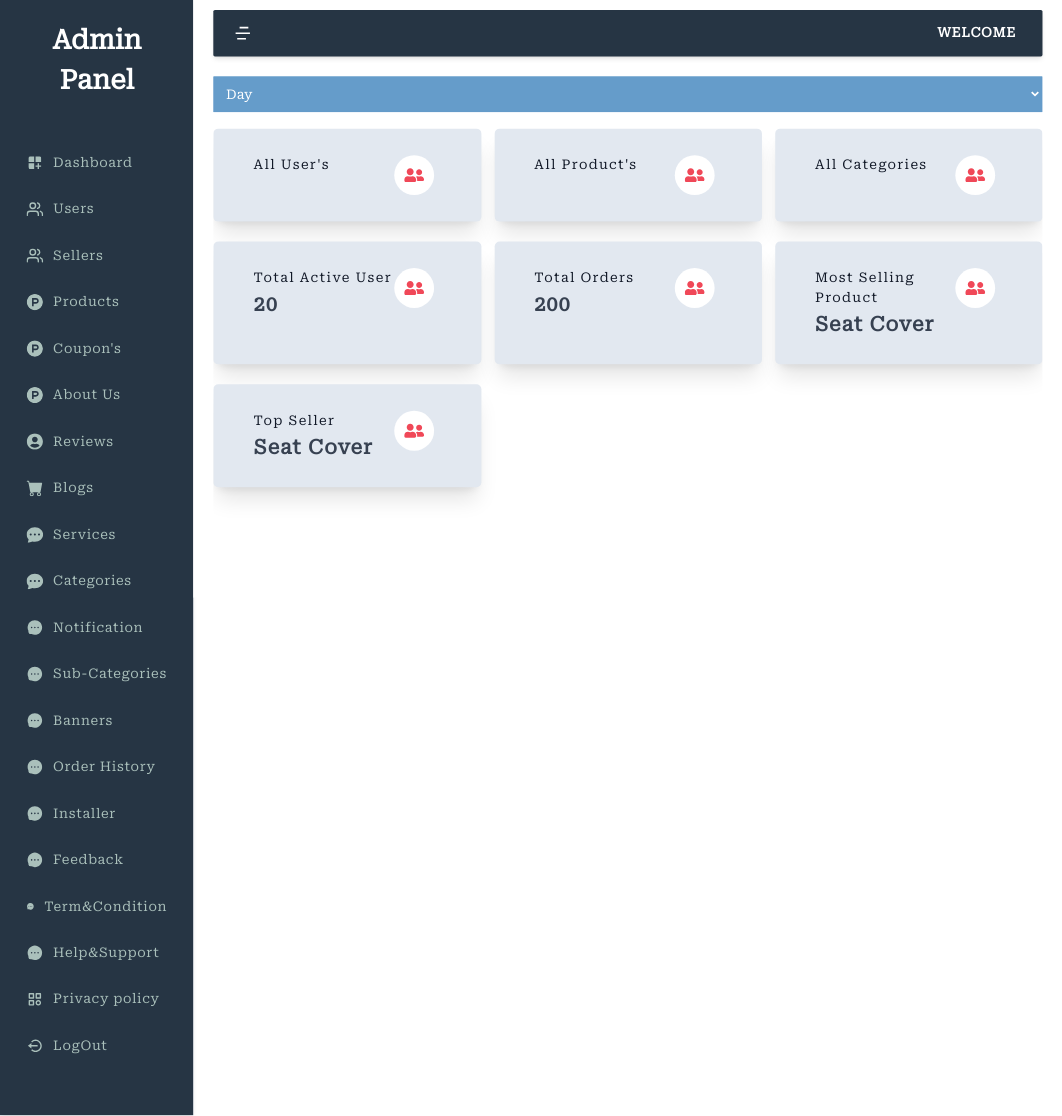
Repository: FlyweisReact/Arun-Chauhan
Page: /dashboard
These files come from the project's save history. The page is drawn as it stood at one moment and after the next save; the edit follows.
The browser window is 1280 px wide. The pictures show the whole page, at 83% of full size.
The page's requests for data from a server got no answer. Some web libraries are served in a nearby version. The project was rebuilt for these pictures with package versions that can differ from the ones it lists, and the page was loaded fresh each time. No one was signed in, and anything a server would have sent is missing. Also part of the build but not shown: src/AdminPanel/pages/Privacy.js, src/AdminPanel/pages/Category.js, src/AdminPanel/pages/FeedBack.js, src/AdminPanel/pages/TermsCon.js, src/AdminPanel/pages/HelpSupport.js, src/AdminPanel/pages/OrderHistory.js, src/AdminPanel/pages/Installar.js, src/AdminPanel/pages/Sellers.js and 23 more.

Above is the page before, as saved 2023-03-22 16:36:16.

### public/index.html
<!-- @format -->

<!DOCTYPE html>
<html lang="en">
  <head>
    <meta charset="utf-8" />
    <!-- <link rel="icon" href="%PUBLIC_URL%/favicon.png" /> -->
    <meta name="viewport" content="width=device-width, initial-scale=1" />
    <meta name="theme-color" content="#000000" />
    <meta
      name="description"
      content="Web site created using create-react-app"
    />
    <link rel="apple-touch-icon" href="%PUBLIC_URL%/favicon.ico?v=2" />



    <link rel="manifest" href="%PUBLIC_URL%/manifest.json" />
    <link rel="preconnect" href="https://fonts.googleapis.com">
    <link rel="preconnect" href="https://fonts.gstatic.com" crossorigin>
    <link href="https://fonts.googleapis.com/css2?family=Roboto+Serif&display=swap" rel="stylesheet">
    <title>Arun   Panel</title>
  </head>
  <body>
    <noscript>You need to enable JavaScript to run this app.</noscript>
    <div id="root"></div>
    <script src="https://code.jquery.com/jquery-3.6.0.min.js"></script>
    <script src="https://kit.fontawesome.com/b533b351e4.js" crossorigin="anonymous"></script>
  </body>
</html>

### src/index.js
import React from "react";
import ReactDOM from "react-dom/client";
import "./index.css";
import App from "./App";
import { BrowserRouter } from "react-router-dom";
import 'bootstrap/dist/css/bootstrap.min.css'

const root = ReactDOM.createRoot(document.getElementById("root"));
root.render(
  <React.StrictMode>
    <BrowserRouter>
      <App />
    </BrowserRouter>
  </React.StrictMode>
);

### src/index.css
/** @format */

@tailwind base;
@tailwind components;
@tailwind utilities;




body {
  margin: 0;
  font-family: 'Roboto Serif', serif  !important;
  -webkit-font-smoothing: antialiased;
  -moz-osx-font-smoothing: grayscale;
}

/* Wcomponents */
.wcomp::-webkit-scrollbar {
  width: 0px;
}
::-webkit-scrollbar {
  width: 0px;
}
::-webkit-scrollbar-track {
  background: #696f78;
}
/* Handle */
::-webkit-scrollbar-thumb {
  background: #b4b8bf;
}

.main-card--container {
  display: grid;
  grid-template-columns: repeat(3, minmax(300px, 500px));
  grid-gap: 50px;
  justify-content: space-around;
}
.card-container {
  margin: 25px 0 auto;
  position: relative;
  display: grid;
  grid-template-columns: 1fr;
  justify-content: space-around;
  align-items: flex-start;
}

.img-thumbnail {
  width: 80px;
}
.img-large {
  max-width: 80%;
}

.formInput {
  padding: 5px;
}

.BannerImg{
  display: grid;
  grid-template-columns: auto auto auto;
  margin: 20px;
  justify-content: space-evenly;
  text-align: center;
}
.BannerImg div{
  box-shadow: rgba(0, 0, 0, 0.35) 0px 5px 15px;
  padding: 10px;

}
.BannerImg img{
  width: 400px;
  height: 200px;
}


li{
  list-style: disc;
}
.carouselImages{
  width: 200px !important;
  height: 140px;
}
.Car{
  width: 200px !important;
}

.three-Sec{
  display: grid;
  justify-content: space-evenly;
  grid-template-columns: auto auto auto;
  text-align: center;
  color: black;

}
.three-Sec div{
  box-shadow: rgba(0, 0, 0, 0.35) 0px 5px 15px;
  margin-top: 40px;
  padding : 10px;
  width: 400px;
}
.three-Sec img{
  width: 100%;
  height: 300px;
}
.three-Sec p{
  font-size: 20px;
  font-weight: bold;
  margin: 0;
}
.three-Sec button{
  border: 1px solid #B80000;
  background-color: #ffff;
  color: #B80000;
  width: 100%;
  padding: 3px;
  margin-top: 10px;
  font-size: 20px;
  transition: 0.5s;
}

.three-Sec button:hover{
  background-color: #B80000;
  color: #ffff;
}
.bigCont{
  display: flex;
  gap: 10px;
}
.contP{
  border: 1px solid #2F308D;
  width: 48%;
  padding: 10px;
  color: #2F308D;
  transition: 0.5s;
  cursor: pointer;
}
.contP:hover {
  background-color: #2F308D;
  color: #fff;
}


.viewBtn{
  color: #014F75;
  border: 1px solid #014F75;
  outline: none;
  width: 50%;
  padding: 5px;
  font-size: 18px;
  transition: 0.5s;
}

.viewBtn:hover{

  background-color: #014F75;
  color: #fff;
}


.filterDate{
  color: black;
  display: flex;
  gap: 20px;
  margin-top: 20px;
  margin-bottom: 20px;
}

.filterDate input {
  border: 1px solid black;
  outline: none;
  padding: 5px;
}
.filterDate div{
  display: flex;
  gap: 10px;
  align-items:center ;
}
.filterDate div p{
  padding-top: 10px;
}

.filterDate button{
  color: #014F75;
  border: 1px solid #014F75;
  outline: none;
  width: 200px;
  font-size: 18px;
  transition: 0.5s;
}

.filterDate button:hover{
  background-color: #014F75;
  color: #fff;
}
.active{
  display: flex;
  gap: 20px;
margin-bottom: 20px;
}
.active button{
  border: 1px solid #659CCA;
  color: #659CCA;
  padding: 5px;
  width: 200px;
  transition: 0.5s;
  font-size: 20px;
}
.active button:hover{
  background-color: #659CCA;
  color: #fff;
}

.drop select{
  width: 100%;
  color:#fff;
  margin-bottom: 20px;
  border: 1px solid #659CCA;
  padding: 10px;
  outline: none;
  background-color: #659CCA;
}
.drop select option{
  background-color: #8FD1DF;
  border: 1px solid #8FD1DF;
}

.drop select option:hover{
  background-color: #8FD1DF  !important;
}

### src/App.js
/** @format */

import { Routes, Route } from "react-router-dom";
import { ToastContainer } from "react-toastify";
import "react-toastify/dist/ReactToastify.css";
import Privacy from "./AdminPanel/pages/Privacy";
import Offers from "./AdminPanel/pages/Category";
import FeedBack from "./AdminPanel/pages/FeedBack";
import TermsCon from "./AdminPanel/pages/TermsCon";
import HelpSupport from "./AdminPanel/pages/HelpSupport";
import OrderHistory from "./AdminPanel/pages/OrderHistory";
import Installar from "./AdminPanel/pages/Installar";
import Sellers from "./AdminPanel/pages/Sellers";
import Dashboard from "./AdminPanel/pages/Dashboard";
import Users from "./AdminPanel/pages/Users";
import Reviews from "./AdminPanel/pages/Reviews";
import Coupon from "./AdminPanel/pages/Coupon";
import Product from "./AdminPanel/pages/Product";
import About from "./AdminPanel/pages/About";
import Blogs from "./AdminPanel/pages/Blogs";
import Service from "./AdminPanel/pages/Service";
import Notification from "./AdminPanel/pages/Notification";
import SubCategory from "./AdminPanel/pages/SubCategory";
import Banner from "./AdminPanel/pages/Banner";
import Login from "./AdminPanel/Login";
import Transaction from "./AdminPanel/pages/Transaction";
import InstallerTransactions from "./AdminPanel/pages/InstallerTransactions";
import Vendorlogin from "./VendorPanel/Vendorlogin";
import VendorDashboard from "./VendorPanel/pages/VendorDashboard";
import VendorProducts from "./VendorPanel/pages/VendorProducts";
import VendorService from "./VendorPanel/pages/VendorService";
import VendorCategory from "./VendorPanel/pages/VendorCategory";
import VendorSubCategory from "./VendorPanel/pages/VendorSubCategory";
import VendorOrderHistory from "./VendorPanel/pages/VendorOrderHistory";

function App() {
  return (
    <>
      <ToastContainer />

      <Routes>
        {/* Admin Panel */}
        <Route path="/" element={<Login />} />
        <Route path="/dashboard" element={<Dashboard />} />
        <Route path="/users" element={<Users />} />
        <Route path="/sellers" element={<Sellers />} />
        <Route path="/products" element={<Product />} />
        <Route path="/coupon" element={<Coupon />} />
        <Route path="/about" element={<About />} />
        <Route path="/review" element={<Reviews />} />
        <Route path="/blogs" element={<Blogs />} />
        <Route path="/services" element={<Service />} />
        <Route path="/category" element={<Offers />} />
        <Route path="/notification" element={<Notification />} />
        <Route path="/sub-category" element={<SubCategory />} />
        <Route path="/banners" element={<Banner />} />
        <Route path="/order-history" element={<OrderHistory />} />
        <Route path="/installar" element={<Installar />} />
        <Route path="/feedBacks" element={<FeedBack />} />
        <Route path="/terms-condition" element={<TermsCon />} />
        <Route path="/helpSupport" element={<HelpSupport />} />
        <Route path="/privacy" element={<Privacy />} />
        <Route path="/transactions/:id" element={<Transaction />} />
        <Route path="/installer-transaction/:id" element={<InstallerTransactions />} />

        {/* Vendor Panel */}
        <Route path="/vendor/login" element={<Vendorlogin />} />
        <Route path="/vendor/dashboard" element={<VendorDashboard />} />
        <Route path="/vendor/products" element={<VendorProducts />} />
        <Route path="/vendor/service" element={<VendorService />} />
        <Route path="/vendor/category" element={<VendorCategory />} />
        <Route path="/vendor/sub-category" element={<VendorSubCategory />} />
        <Route path="/vendor/order-history" element={<VendorOrderHistory />} />
      </Routes>
    </>
  );
}

export default App;

### src/AdminPanel/pages/Dashboard.jsx
/** @format */

import React, { useEffect, useState } from "react";
import HOC from "../layout/HOC";
import { FaUserFriends } from "react-icons/fa";
import { useNavigate } from "react-router-dom";
import axios from "axios";

export const dash = (data) => {
  console.log(data, "dsjkfhjkashfjk");
  return data;
};
const Dashboard = () => {
  const navigate = useNavigate();

  const [passengerCount, setPassengerCount] = useState("");
  const [busCount, setBusCount] = useState("");
  const [bookCount, setBookCount] = useState("");

  const fetchData = async () => {
    try {
      const { data } = await axios.get(
        "http://ec2-15-206-210-177.ap-south-1.compute.amazonaws.com:1112/api/user"
      );
      setPassengerCount(data.data.length);
    } catch (e) {
      console.log(e);
    }
  };

  const fetchData2 = async () => {
    try {
      const { data } = await axios.get(
        "http://ec2-15-206-210-177.ap-south-1.compute.amazonaws.com:1112/api/product"
      );
      setBusCount(data.data.length);
    } catch (e) {
      console.log(e);
    }
  };

  const fetchData3 = async () => {
    try {
      const { data } = await axios.get(
        "http://ec2-15-206-210-177.ap-south-1.compute.amazonaws.com:1112/api/category"
      );
      setBookCount(data.data.length);
    } catch (e) {
      console.log(e);
    }
  };

  useEffect(() => {
    fetchData();
    fetchData2();
    fetchData3();
  }, []);

  const card = [
    {
      progress: "bg-blue-400",
      title: "All User's",
      number: passengerCount,
      icon: <FaUserFriends className="text-2xl text-[rgb(240,72,88)]" />,
      link: "/users",
    },
    {
      progress: "bg-blue-400",
      title: "All Product's",
      number: busCount,
      icon: <FaUserFriends className="text-2xl text-[rgb(240,72,88)]" />,
      link: "/products",
    },
    {
      progress: "bg-blue-400",
      title: "All Categories",
      number: bookCount,
      icon: <FaUserFriends className="text-2xl text-[rgb(240,72,88)]" />,
      link: "/category",
    },
    {
      progress: "bg-blue-400",
      title: "Total Active User",
      number: 20,
      icon: <FaUserFriends className="text-2xl text-[rgb(240,72,88)]" />,
      link: "/users",
    },
    {
      progress: "bg-blue-400",
      title: "Total Orders",
      number: 200,
      icon: <FaUserFriends className="text-2xl text-[rgb(240,72,88)]" />,
      link: "/order-history",
    },
    {
      progress: "bg-blue-400",
      title: "Most Selling Product",
      number: "Seat Cover",
      icon: <FaUserFriends className="text-2xl text-[rgb(240,72,88)]" />,
      link: "/products",
    },
    {
      progress: "bg-blue-400",
      title: "Top Seller",
      number: "Seat Cover",
      icon: <FaUserFriends className="text-2xl text-[rgb(240,72,88)]" />,
      link: "/products",
    },
  ];
  return (
    <>
      <div className="drop">
        <select>
          <option>Day</option>
          <option>Week</option>
          <option>Month</option>
          <option>Year</option>
        </select>
      </div>

      <section className="grid md:grid-cols-3 grid-cols-2 gap-y-6 gap-x-4">
        {/* Card */}
        {card.map((card) => {
          return (
            <div
              className="px-5 py-8 bg-slate-200 space-y-2 shadow-xl flex flex-col  rounded-md"
              onClick={() => navigate(`${card.link}`)}
            >
              <div className="grid  justify-between grid-cols-4">
                <div className="flex flex-col col-span-3 space-y-1">
                  <span className="tracking-widest text-gray-900">
                    {card.title}
                  </span>
                  <span className="tracking-wider text-gray-700 text-xl md:text-2xl font-semibold">
                    {card.number}
                  </span>
                </div>
                {/* Icons */}
                <div className="flex rounded-full w-10 h-10 sm:w-12 sm:h-12 bg-white justify-center items-center">
                  {card.icon}
                </div>
              </div>
            </div>
          );
        })}
      </section>
    </>
  );
};

export default HOC(Dashboard);

### src/AdminPanel/layout/HOC.jsx
import React, { useState } from "react";
import Navbar from "./Navbar";
import Sidebar from "./Sidebar";

const HOC = (Wcomponenet) => {
  return function Component() {
    const [hamb, setHamb] = useState(false);
    return (
      <>
        <section className="flex overflow-x-hidden relative">
          {/* Sidebar */}
          <div
            className={
              hamb
                ? " absolute top-0 z-30 md:w-auto shadow-md bg-slate-200  w-60 transition-all md:-left-full left duration-150  h-auto overflow-y-auto  left-0 "
                : " md:w-72 z-30 bg-slate-200  shadow-md  md:static absolute top-0 -left-full   transition-all duration-150  overflow-y-auto h-auto"
            }
          >
            <Sidebar hamb={hamb} setHamb={setHamb} />
          </div>
          {/* Components & Navbar */}
          <div
            className={
              hamb
                ? " transition-all px-4 py-2  bg-white duration-150 w-full h-screen"
                : " w-full h-screen  px-4 py-2  bg-white z-50 transition-all duration-150 "
            }
          >
            <Navbar hamb={hamb} setHamb={setHamb} />
            <div className="my-6 text-white h-[87%] wcomp overflow-y-auto">
              <Wcomponenet />
            </div>
          </div>
        </section>
      </>
    );
  };
};

export default HOC;

### src/AdminPanel/layout/Navbar.jsx
/** @format */

import { RiMenu4Line } from "react-icons/ri";

const Navbar = ({ hamb, setHamb }) => {

  return (
    <>

      <div
        className={
          hamb
            ? "flex  w-full justify-between  my-1 rounded-sm  p-4 py-3 shadow-md items-center  bg-slate-200 space-x-4"
            : "flex  w-full justify-between my-1 rounded-sm  p-4 py-3 shadow-md items-center  bg-slate-200 space-x-4"
        }
        style={{   backgroundColor: "#263544", color : "#fff"}}
      >
        <RiMenu4Line
          onClick={() => setHamb(!hamb)}
          className="text-2xl font-bold text-#fff-900 hover:scale-90 cursor-pointer"
        />

        <section className="flex sm:ml-auto justify-end sm:w-full items-center space-x-2  pr-2">
          <figcaption className="tracking-wider pl-1 font-semibold">
            <div className="lg:text-base text-sm text-#fff-900  uppercase" >
              Welcome
            </div>
          </figcaption>
        </section>


      </div>
    </>
  );
};

export default Navbar;

### src/AdminPanel/layout/Sidebar.jsx
/** @format */

import React from "react";
import { RiCloseLine } from "react-icons/ri";
import { Link, useNavigate } from "react-router-dom";
import { BsFillCartFill } from "react-icons/bs";
import { BiLogOutCircle ,BiCategory } from "react-icons/bi";
import { MdDashboardCustomize } from "react-icons/md";
import { BsFillChatDotsFill } from "react-icons/bs";
import { AiFillMessage } from "react-icons/ai";
import {FaProductHunt , FaUserCircle} from 'react-icons/fa'
import {FiUsers} from 'react-icons/fi'

const Sidebar = ({ hamb, setHamb }) => {
  const navigate = useNavigate();

  const nav = [
    {
      icon: <MdDashboardCustomize className="text-xl mr-3 rounded-full " />,
      link: "/dashboard",
      name: "Dashboard",
    },
    {
      icon: <FiUsers className="text-xl mr-3" />,
      link: "/users",
      name: "Users",
    },
    {
      icon: <FiUsers className="text-xl mr-3" />,
      link: "/sellers",
      name: "Sellers",
    },
    {
      icon: <FaProductHunt className="text-xl mr-3 rounded-full " />,
      link: "/products",
      name: "Products",
    },
    {
      icon: <FaProductHunt className="text-xl mr-3 rounded-full " />,
      link: "/coupon",
      name: "Coupon's",
    },
    {
      icon: <FaProductHunt className="text-xl mr-3 rounded-full " />,
      link: "/about",
      name: "About Us",
    },
    {
      icon: <FaUserCircle className="text-xl mr-3" />,
      link: "/review",
      name: "Reviews",
    },
    {
      icon: <BsFillCartFill className="text-xl mr-3" />,
      link: "/blogs",
      name: "Blogs",
    },
    {
      icon: <BsFillChatDotsFill className="text-xl mr-3" />,
      link: "/services",
      name: "Services",
    },
    {
      icon: <BsFillChatDotsFill className="text-xl mr-3" />,
      link: "/category",
      name: "Categories",
    },
    {
      icon: <AiFillMessage className="text-xl mr-3 rounded-full " />,
      link: "/notification",
      name: "Notification",
    },
    {
      icon: <AiFillMessage className="text-xl mr-3 rounded-full " />,
      link: "/sub-category",
      name: "Sub-Categories",
    },
    {
      icon: <AiFillMessage className="text-xl mr-3 rounded-full " />,
      link: "/banners",
      name: "Banners",
    },
    {
      icon: <AiFillMessage className="text-xl mr-3 rounded-full " />,
      link: "/order-history",
      name: "Order History",
    },
    {
      icon: <AiFillMessage className="text-xl mr-3 rounded-full " />,
      link: "/installar",
      name: "Installer",
    },
    {
      icon: <AiFillMessage className="text-xl mr-3 rounded-full " />,
      link: "/feedBacks",
      name: "Feedback",
    },
    {
      icon: <AiFillMessage className="text-xl mr-3 rounded-full " />,
      link: "/terms-condition",
      name: "Term&Condition",
    },
    {
      icon: <AiFillMessage className="text-xl mr-3 rounded-full " />,
      link: "/helpSupport",
      name: "Help&Support",
    },
    {
      icon: <BiCategory className="text-xl mr-3" />,
      link: "/privacy",
      name: "Privacy policy",
    }
  ];

  const logOut = () => {
    localStorage.removeItem("token");
    navigate("/");
  };

  return (
    <>
      <div className="p-4 h-auto"   style={{
          backgroundColor: "#263544",
          minHeight : '100vh'
        }}>
        {/* Top */}
        <div className="w-full md:hidden relative  p-2 mb-4">
          <RiCloseLine
            onClick={() => setHamb(!hamb)}
            className="text-3xl  absolute top-2 sm:hover:rotate-[228deg] transition-transform font-bold right-2 sm:hover:text-[22px] text-[rgb(241,146,46)] cursor-pointer"
          />
        </div>
        {/* Logo */}
        <figure className="flex  flex-col items-center">
        <span
            className="font-bold text-[rgb(241,146,46)]"
            style={{ fontSize: "2rem", textAlign: "center", color: "#fff" }}
          >
            Admin Panel
          </span>
        </figure>
        {/* Nav-menu */}
        <nav className="py-6">
          {nav.map((nav) => {
            return (
              <Link to={nav.link} key={nav.name} className="" style={{textDecoration : 'none'}}>
                <span className="flex my-3 items-center cursor-pointer    tracking-wider p-2 rounded-sm"  style={{ color: "#aac0bb"  , textDecoration : 'none'}}>
                  {nav.icon} {nav.name}
                </span>
              </Link>
            );
          })}
          <span
            className="flex my-3 items-center cursor-pointer   tracking-wider p-2 rounded-sm"
            onClick={() => logOut()}
            style={{ color: "#aac0bb" }}
          >
            <BiLogOutCircle className="text-xl mr-3 rounded-full " /> LogOut
          </span>
        </nav>
      </div>
    </>
  );
};

export default Sidebar;

Loaded but not shown: tailwind.config.js (common file)

After the next save:
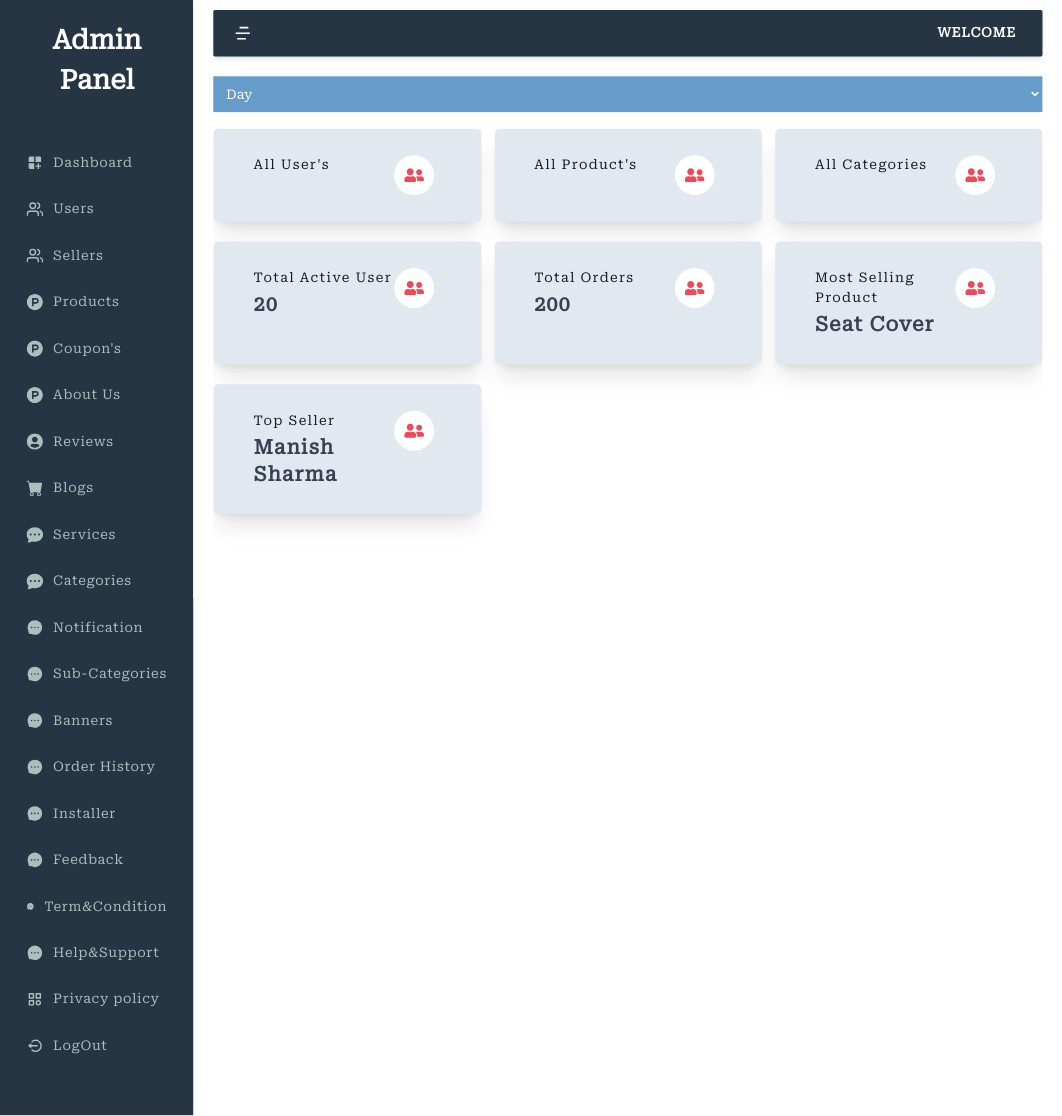
Saved 8 s later.
--- a/src/AdminPanel/pages/Dashboard.jsx
+++ b/src/AdminPanel/pages/Dashboard.jsx
@@ -102,7 +102,7 @@ const Dashboard = () => {
     {
       progress: "bg-blue-400",
       title: "Top Seller",
-      number: "Seat Cover",
+      number: "Manish Sharma",
       icon: <FaUserFriends className="text-2xl text-[rgb(240,72,88)]" />,
       link: "/products",
     },
